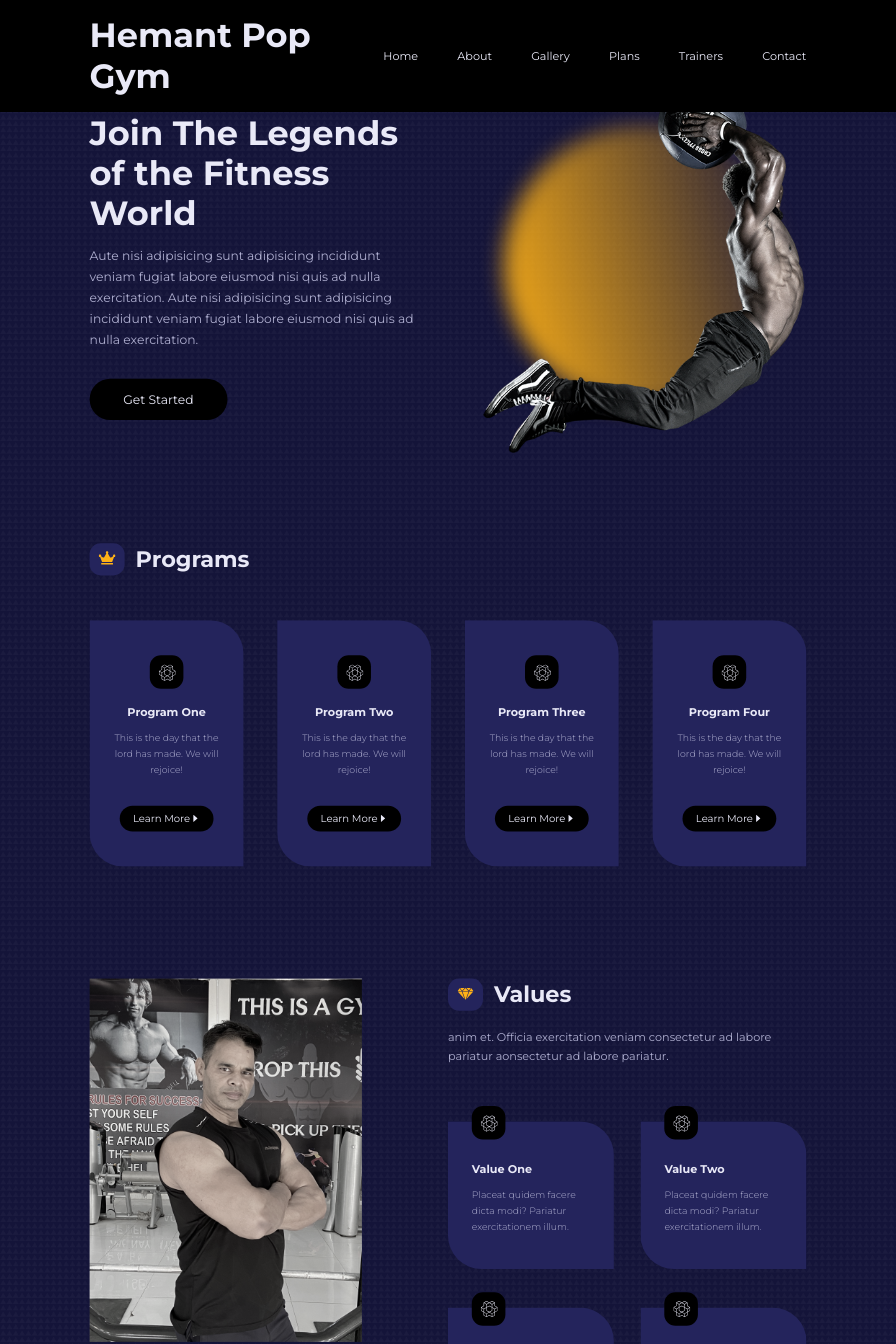
Repository: aryaMode/gym-portfolio
Page: /
The author's editor kept a copy of each file at every save. The page is drawn from the files as they stood at one save, then again after the next save.
The browser window is 1280 px wide. The pictures show the part of the page from y = 0 to 1920 px (the page is 4018 px tall), at 70% of full size.
The project was rebuilt for these pictures with package versions that can differ from the ones it lists, and the page was loaded fresh each time. Also part of the build but not shown: src/pages/about/about.css, src/components/Header.jsx, src/pages/about/About.jsx, src/pages/contact/contact.css, src/pages/contact/Contact.jsx, src/pages/gallery/gallery.css, src/pages/gallery/Gallery.jsx, src/pages/notFound/notFound.css and 6 more.

Above is the page before, as saved 2023-07-20 16:11:28.

After the next save:
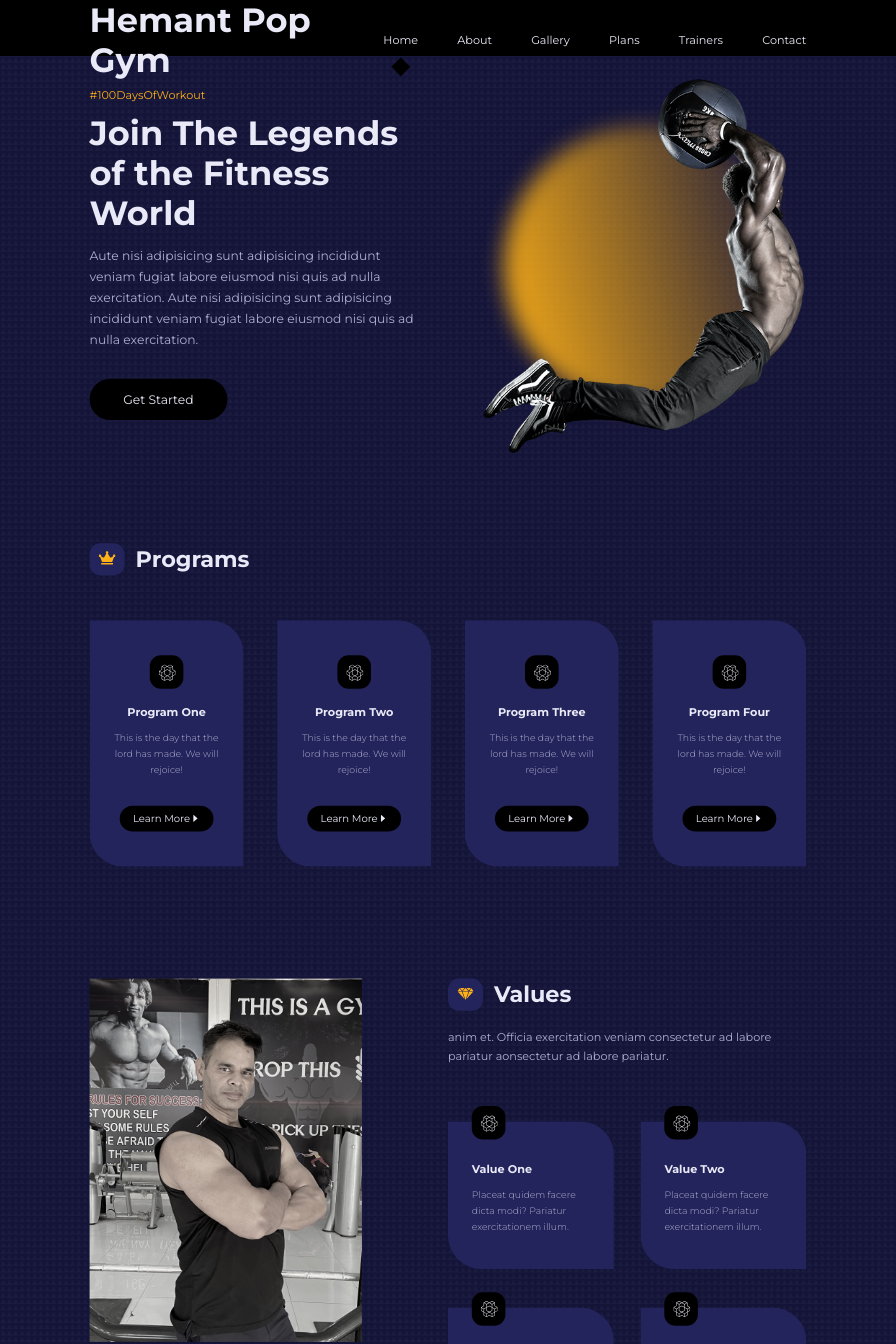
Saved 5 s later.
--- a/src/components/navbar.css
+++ b/src/components/navbar.css
@@ -1,5 +1,5 @@
 nav{
-    height: 10rem;
+    height: 5rem;
     width: 100vw; /*100% of the window/browser*/
     background: var(--color-primary);
     display: grid;
